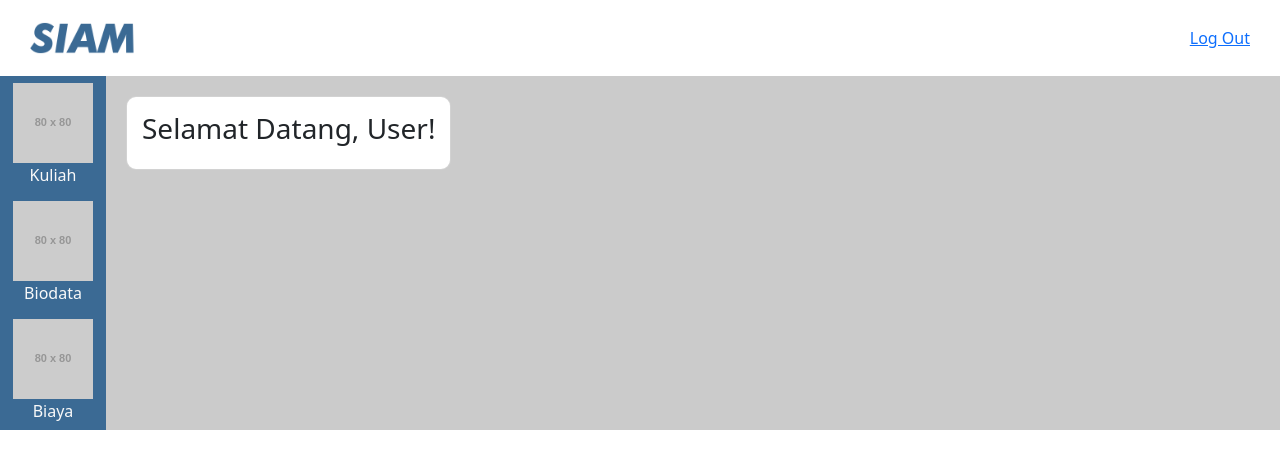
Repository: haikalirf/Project-IMK
Page: kuliah.html
The author's editor kept a copy of each file at every save. The page is drawn from the files as they stood at one save, then again after the next save.
The browser window is 1280 px wide. The pictures show the whole page.

Above is the page before, as saved 2022-12-10 13:05:18.

### kuliah.html
<!DOCTYPE html>
<html lang="en">
<head>
	<meta charset="UTF-8">
	<meta http-equiv="X-UA-Compatible" content="IE=edge">
	<meta name="viewport" content="width=device-width, initial-scale=1.0">
	<title>SIAM</title>
	<link rel="icon" href="/assets/logo_ub.ico">
	<link rel="stylesheet" href="https://cdn.jsdelivr.net/npm/bootstrap@5.2.3/dist/css/bootstrap.min.css" integrity="sha384-rbsA2VBKQhggwzxH7pPCaAqO46MgnOM80zW1RWuH61DGLwZJEdK2Kadq2F9CUG65" crossorigin="anonymous">
	<link rel="stylesheet" href="/styles/kuliah.css">
</head>
<body>
	<nav class="navbar" id="navbar">
		<a class="navbar-brand" href="/kuliah.html">
			<img id="navbar-image" src="/assets/SIAM.png" alt="SIAM">
		</a>
		<a class="navbar-link" href="#">Log Out</a>
	</nav>
	<div id="content">
		<div id="sidebar">
			<a class="btn" href="">
				<img id="sidebar-kuliah" src="https://via.placeholder.com/80" alt="Kuliah">
				<br>
				<label for="sidebar-kuliah">Kuliah</label>
			</a>
			<a class="btn" href="">
				<img id="sidebar-biodata" src="https://via.placeholder.com/80" alt="Biodata">
				<br>
				<label for="sidebar-biodata">Biodata</label>
			</a>
			<a class="btn" href="">
				<img id="sidebar-biaya" src="https://via.placeholder.com/80" alt="Biaya">
				<br>
				<label for="sidebar-biaya">Biaya</label>
			</a>
		</div>
		<main>
			<div>
				<div class="card" id="card-user">
					<h3>Selamat Datang, User!</h3>
				</div>
			</div>
		</main>
	</div>
	<script src="https://cdn.jsdelivr.net/npm/bootstrap@5.2.3/dist/js/bootstrap.bundle.min.js" integrity="sha384-kenU1KFdBIe4zVF0s0G1M5b4hcpxyD9F7jL+jjXkk+Q2h455rYXK/7HAuoJl+0I4" crossorigin="anonymous"></script>
</body>
</html>

### styles/kuliah.css
*, *::before, *::after {
	box-sizing: border-box;
}

#navbar {
	display: flex;
	justify-content: space-between;
	margin: 0px 30px;
}

#navbar-image {
	height: 50px;
}

#content {
	display: flex;
}

#sidebar {
	background-color: #3b6a94;
	display: flex;
	flex-direction: column;
}

a img, a label {
	color: #f9f9f9;
}

main {
	background-color: #cbcbcb;
	display: flex;
	flex-grow: 1;
}

.card {
	margin: 20px;
	padding: 15px;
	border-radius: 10px;
}

After the next save:
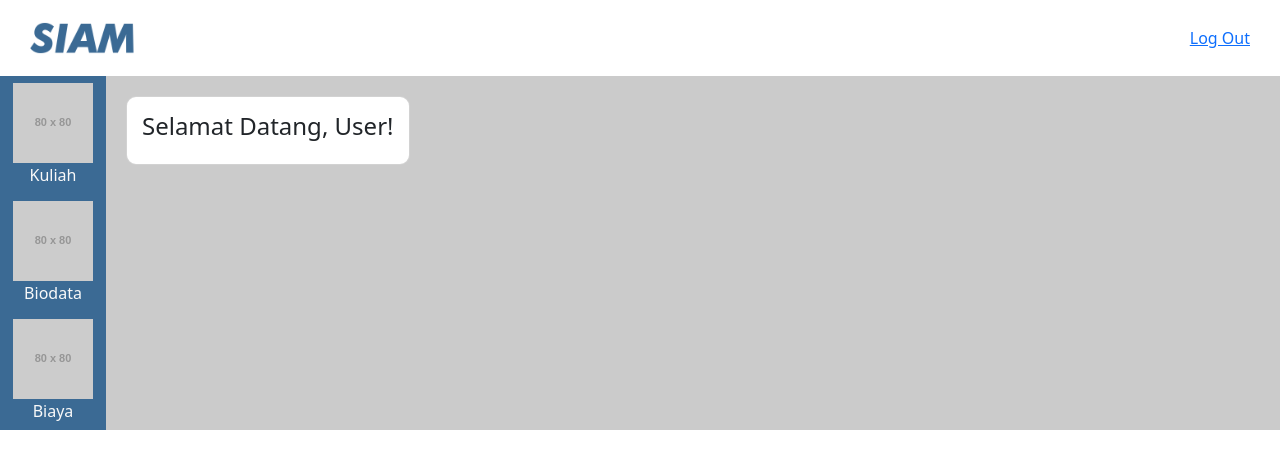
Saved 26 s later.
--- a/kuliah.html
+++ b/kuliah.html
@@ -37,7 +37,7 @@
 		<main>
 			<div>
 				<div class="card" id="card-user">
-					<h3>Selamat Datang, User!</h3>
+					<h4>Selamat Datang, User!</h4>
 				</div>
 			</div>
 		</main>
